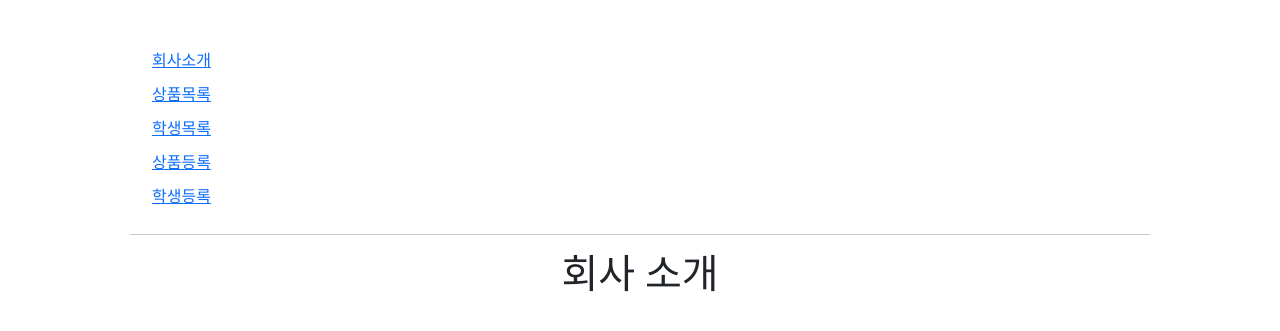
Repository: gwangso/web
Page: http://localhost/ex01/
An editor plug-in stored every save of this project. The page is shown before and after the next save, followed by the edit.
The browser window is 1280 px wide. The pictures show the whole page.
Some web fonts or font styles are not loaded; a fallback is used. The page is served by Tomcat 9. Other server files are loaded and not shown.

Above is the page before, as saved 2023-07-24 07:55:13.

### ex01/src/main/webapp/home.jsp
<%@ page language="java" contentType="text/html; charset=UTF-8"
    pageEncoding="UTF-8"%>
<!DOCTYPE html>
<html>
	<head>
		<meta charset="UTF-8">
		<title>홈페이지</title>

		<!-- 부트스트랩 -->
		<!-- CSS only -->
		<link href="https://cdn.jsdelivr.net/npm/bootstrap@5.2.3/dist/css/bootstrap.min.css" rel="stylesheet" integrity="sha384-rbsA2VBKQhggwzxH7pPCaAqO46MgnOM80zW1RWuH61DGLwZJEdK2Kadq2F9CUG65" crossorigin="anonymous">
		<!-- JavaScript Bundle with Popper -->
		<script src="https://cdn.jsdelivr.net/npm/bootstrap@5.2.3/dist/js/bootstrap.bundle.min.js" integrity="sha384-kenU1KFdBIe4zVF0s0G1M5b4hcpxyD9F7jL+jjXkk+Q2h455rYXK/7HAuoJl+0I4" crossorigin="anonymous"></script>

		<style>
			@import url('https://fonts.googleapis.com/css2?family=Gugi&family=Jua&display=swap');
			h1 {
				font-family: 'Gugi', cursive;
			}
			table {
				font-family: 'Jua', sans-serif;
			}
			a {
				margin:10px;
			}
		</style>
	</head>
<body>
<div class="container">
	<div class="row m-5">
		<div class="col">
			<div class="row mb-3">
				<a href="/products">회사소개</a>
				<a href="/products/pro/list">상품목록</a>
				<a href="/products/stu/list">학생목록</a>
				<a href="/products/pro/insert">상품등록</a>
				<a href="/products/stu/insert">학생등록</a>
			</div>
		</div>
		<hr>
		<div>
			<jsp:include page="${pageName}"/> <!-- jsp가 있으면 html로 하면 안된다. -->
		</div>
	</div>
</div>
</body>

</html>

### ex01/src/main/webapp/about.jsp
<%@ page language="java" contentType="text/html; charset=UTF-8"
    pageEncoding="UTF-8"%>


<div class="row">
	<div class="col">
		<h1 class="text-center">회사 소개</h1>
	</div>
</div>

### ex01/src/main/java/controller/HomeController.java
package controller;

import java.io.IOException;

import javax.servlet.RequestDispatcher;
import javax.servlet.ServletException;
import javax.servlet.annotation.WebServlet;
import javax.servlet.http.HttpServlet;
import javax.servlet.http.HttpServletRequest;
import javax.servlet.http.HttpServletResponse;

// /라고 치면 get으로 간다.
@WebServlet("/")
public class HomeController extends HttpServlet {
	private static final long serialVersionUID = 1L;

	protected void doGet(HttpServletRequest request, HttpServletResponse response) throws ServletException, IOException {
		request.setAttribute("pageName", "about.jsp");
		RequestDispatcher dis = request.getRequestDispatcher("home.jsp");
		dis.forward(request, response);
	}

	protected void doPost(HttpServletRequest request, HttpServletResponse response) throws ServletException, IOException {

	}

}

After the next save:
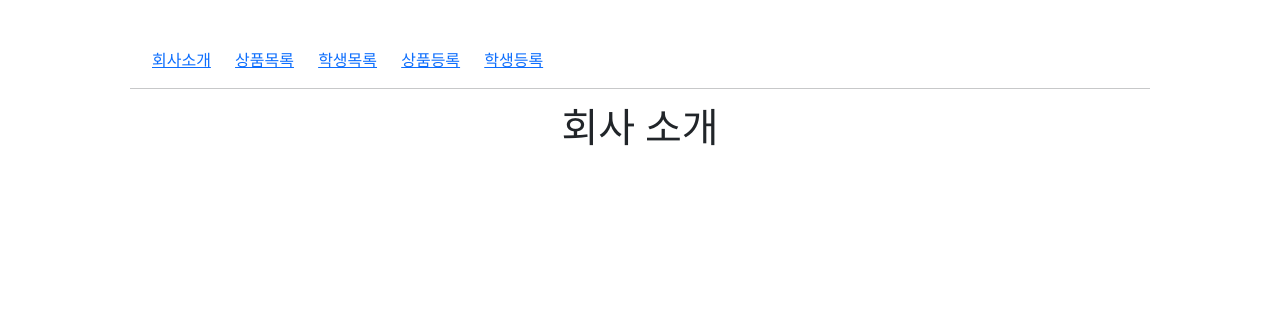
Saved 27 s later.
--- a/ex01/src/main/webapp/home.jsp
+++ b/ex01/src/main/webapp/home.jsp
@@ -30,11 +30,13 @@
 	<div class="row m-5">
 		<div class="col">
 			<div class="row mb-3">
-				<a href="/products">회사소개</a>
-				<a href="/products/pro/list">상품목록</a>
-				<a href="/products/stu/list">학생목록</a>
-				<a href="/products/pro/insert">상품등록</a>
-				<a href="/products/stu/insert">학생등록</a>
+				<div class="col">
+					<a href="/products">회사소개</a>
+					<a href="/products/pro/list">상품목록</a>
+					<a href="/products/stu/list">학생목록</a>
+					<a href="/products/pro/insert">상품등록</a>
+					<a href="/products/stu/insert">학생등록</a>
+				</div>
 			</div>
 		</div>
 		<hr>
